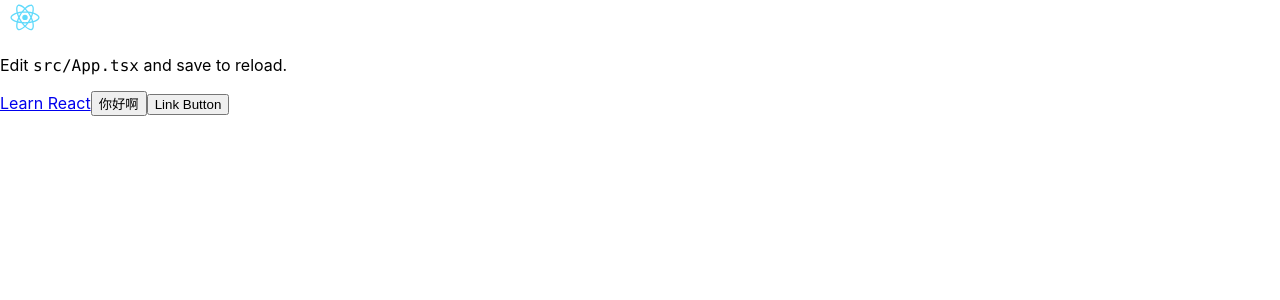
Repository: shawnxiao94/craco-react-ts
Page: /
The author's editor kept a copy of each file at every save. The page is drawn from the files as they stood at one save, then again after the next save.
The browser window is 1280 px wide. The pictures show the whole page.
The project was rebuilt for these pictures with package versions that can differ from the ones it lists, and the page was loaded fresh each time. Also part of the build but not shown: craco.config.js.

Above is the page before, as saved 2020-12-04 13:40:43.

After the next save:
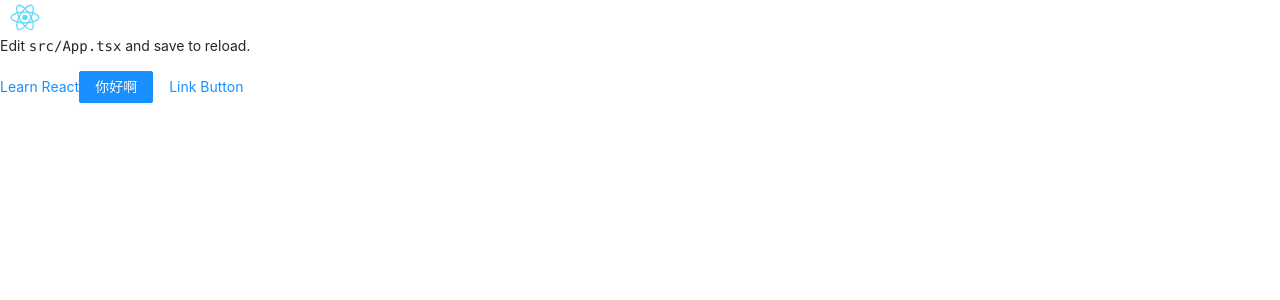
Saved 17 s later.
--- a/src/index.tsx
+++ b/src/index.tsx
@@ -1,10 +1,10 @@
 import React from 'react'
 import ReactDOM from 'react-dom'
+import 'antd/dist/antd.css'
 import './index.less'
 import App from './App'
 import * as serviceWorker from './serviceWorker'
 import reportWebVitals from './reportWebVitals'
-;('antd/dist/antd.less')
 
 ReactDOM.render(
   <React.StrictMode>
